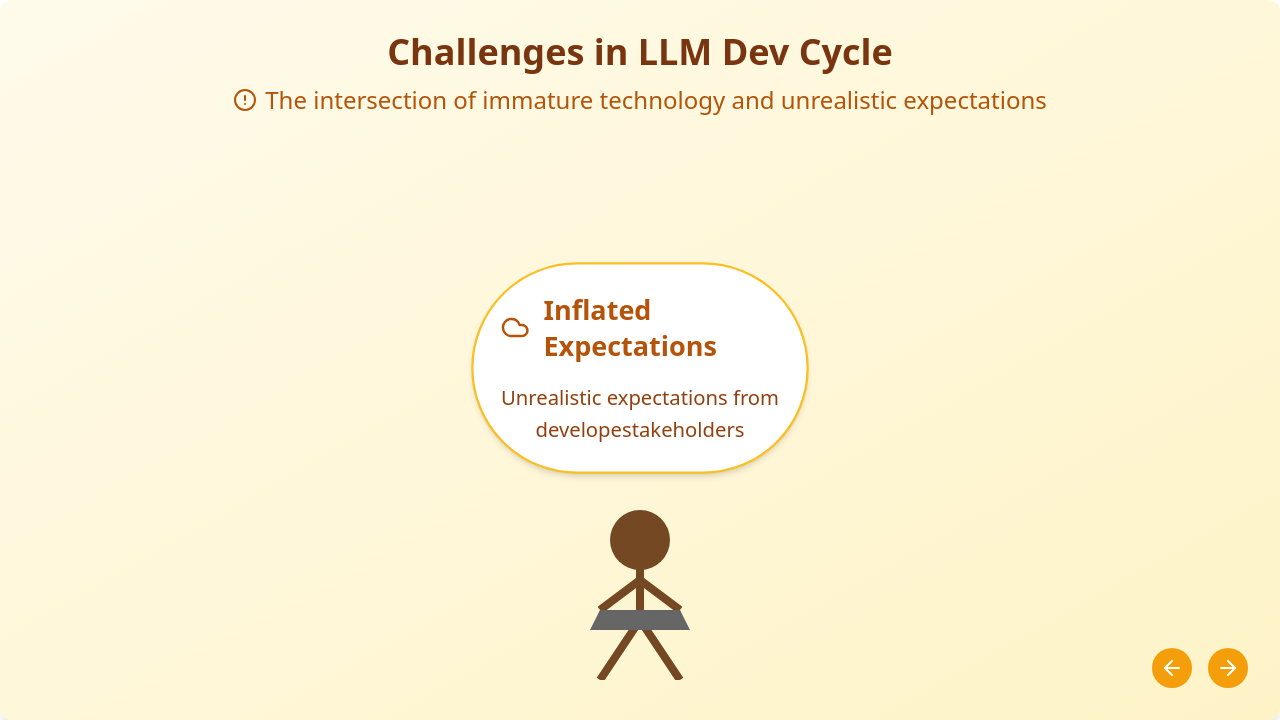
Repository: Galbaz1/dell_presentation
Page: /slide2
The author's editor kept a copy of each file at every save. The page is drawn from the files as they stood at one save, then again after a run of saves.
The browser window is 1280 px wide. The pictures show the whole page.
The project was rebuilt for these pictures with package versions that can differ from the ones it lists, and the page was loaded fresh each time. The framework's server and built-in components were replaced by stand-ins that run in the browser. Also part of the build but not shown: styles/animations/slide1.css, styles/animations/slide2.css.

Above is the page before, as saved 2024-11-13 12:56:34.

### pages/_app.tsx
import '../styles/globals.css'
import '../styles/animations/slide1.css'
import '../styles/animations/slide2.css'
import type { AppProps } from 'next/app'

function MyApp({ Component, pageProps }: AppProps) {
  return <Component {...pageProps} />
}

export default MyApp

### pages/slide2.tsx
import React, { useState, useEffect } from 'react';
import { ArrowRight, ArrowLeft, AlertCircle, Cloud } from 'lucide-react';
import Link from 'next/link';
import { motion, AnimatePresence } from 'framer-motion';
import { useRouter } from 'next/router';

const Slide2: React.FC = () => {
  const router = useRouter();

  const [animationPhase, setAnimationPhase] = useState<'falling' | 'hitting' | 'growing' | 'pulsing'>('falling');

  useEffect(() => {
    const sequence = async () => {
      await new Promise(resolve => setTimeout(resolve, 2000));
      setAnimationPhase('hitting');

      await new Promise(resolve => setTimeout(resolve, 1000));
      setAnimationPhase('growing');

      await new Promise(resolve => setTimeout(resolve, 15000));
      setAnimationPhase('pulsing');
    };

    sequence();
  }, []);

  useEffect(() => {
    const handleKeyDown = (event: KeyboardEvent) => {
      switch (event.key) {
        case 'ArrowLeft':
          router.push('/');
          break;
        case 'ArrowRight':
          router.push('/slide3');
          break;
      }
    };

    window.addEventListener('keydown', handleKeyDown);
    return () => window.removeEventListener('keydown', handleKeyDown);
  }, [router]);

  const blockVariants = {
    falling: {
      y: "-200vh",
      x: "-50%",
      transition: {
        y: {
          type: "tween",
          duration: 12,
          ease: "easeIn"
        }
      }
    },
    hitting: {
      y: "140%",
      x: "-50%",
      transition: {
        type: "spring",
        stiffness: 300,
        damping: 15
      }
    },
    growing: {
      y: "50%",
      x: "-50%",
      scale: [1, 1.2, 1.1, 1.4, 1.3, 1.6, 1.5, 1.8, 1.7, 2],
      transition: {
        y: { duration: 1, ease: "easeOut" },
        scale: {
          duration: 15,
          times: [0, 0.1, 0.2, 0.3, 0.4, 0.5, 0.6, 0.7, 0.8, 1],
          ease: "easeInOut"
        }
      }
    },
    pulsing: {
      y: "50%",
      x: "-50%",
      scale: [2, 2.1, 2],
      transition: {
        scale: {
          duration: 2,
          repeat: Infinity,
          ease: "easeInOut"
        }
      }
    }
  };

  const developerVariants = {
    standing: {
      x: "-50%",
      rotate: 0
    },
    fallen: {
      x: "100%",
      rotate: 90,
      transition: {
        type: "spring",
        stiffness: 60,
        damping: 20,
        restDelta: 0.001
      }
    }
  };

  return (
    <div className="bg-gradient-to-br from-amber-50 to-amber-100 p-8 rounded-xl shadow-lg min-h-screen overflow-hidden relative">
      {/* Header */}
      <div className="mb-16 text-center">
        <h1 className="text-4xl font-bold text-amber-900 mb-3">Challenges in LLM Dev Cycle</h1>
        <p className="text-2xl text-amber-700 flex items-center justify-center">
          <AlertCircle className="w-6 h-6 mr-2" />
          The intersection of immature technology and unrealistic expectations
        </p>
      </div>

      {/* Main Content Area */}
      <div className="max-w-5xl mx-auto relative h-[500px]">
        {/* Developer Figure */}
        <motion.div
          className="absolute bottom-0 left-1/2 -translate-x-1/2 origin-bottom z-10"
          variants={developerVariants}
          initial="standing"
          animate={animationPhase === 'hitting' ? 'fallen' : 'standing'}
        >
          <div className="relative w-[200px] h-[200px]">
            <svg viewBox="0 0 100 100" className="w-full h-full">
              <path
                d="M50 35 L50 70 L30 100 M50 70 L70 100 M50 50 L30 65 M50 50 L70 65"
                stroke="#734822"
                strokeWidth="4"
                fill="none"
              />
              <circle cx="50" cy="30" r="15" fill="#734822" />
              <path
                d="M30 65 L70 65 L75 75 L25 75 Z"
                fill="#666"
              />
            </svg>
          </div>
        </motion.div>

        {/* Falling Block - Changed to Circle */}
        <motion.div
          className="absolute left-1/2 -translate-x-1/2 top-0 w-[300px] z-20"
          variants={blockVariants}
          initial="falling"
          animate={animationPhase}
        >
          <div className="bg-white p-6 rounded-full shadow-md border-2 border-amber-400">
            <div className="flex items-center justify-center mb-4 text-amber-700">
              <Cloud className="w-8 h-8" />
              <h3 className="text-2xl font-semibold ml-3">Inflated Expectations</h3>
            </div>
            <p className="text-lg text-amber-800 text-center">
              Unrealistic expectations from developestakeholders
            </p>
          </div>
        </motion.div>
      </div>

      {/* Navigation */}
      <div className="absolute bottom-8 right-8 flex items-center space-x-4">
        <Link href="/" className="bg-amber-500 hover:bg-amber-600 text-white p-2 rounded-full transition-colors">
          <ArrowLeft className="w-6 h-6" />
        </Link>
        <Link href="/slide3" className="bg-amber-500 hover:bg-amber-600 text-white p-2 rounded-full transition-colors">
          <ArrowRight className="w-6 h-6" />
        </Link>
      </div>
    </div>
  );
};

export default Slide2;

### styles/globals.css
@tailwind base;
@tailwind components;
@tailwind utilities;

@keyframes fallAndBounce {
  0% {
    transform: translateY(-100%) translateX(-50%);
  }
  70% {
    transform: translateY(140%) translateX(-50%);
  }
  75% {
    transform: translateY(130%) translateX(-50%);
  }
  80% {
    transform: translateY(135%) translateX(-50%);
  }
  85% {
    transform: translateY(128%) translateX(-50%);
  }
  90% {
    transform: translateY(132%) translateX(-50%);
  }
  100% {
    transform: translateY(0%) translateX(-50%);
  }
}

@keyframes developerFall {
  0%, 69% {
    transform: translateX(-50%) rotate(0deg);
  }
  100% {
    transform: translateX(100%) rotate(90deg);
  }
}

@keyframes pulsate {
  0% {
    transform: translateY(0%) translateX(-50%) scale(1);
  }
  8% {
    transform: translateY(0%) translateX(-50%) scale(1.15);
  }
  10% {
    transform: translateY(0%) translateX(-50%) scale(1.1);
  }
  18% {
    transform: translateY(0%) translateX(-50%) scale(1.35);
  }
  20% {
    transform: translateY(0%) translateX(-50%) scale(1.3);
  }
  28% {
    transform: translateY(0%) translateX(-50%) scale(1.55);
  }
  30% {
    transform: translateY(0%) translateX(-50%) scale(1.5);
  }
  38% {
    transform: translateY(0%) translateX(-50%) scale(1.75);
  }
  40% {
    transform: translateY(0%) translateX(-50%) scale(1.7);
  }
  48% {
    transform: translateY(0%) translateX(-50%) scale(1.95);
  }
  50% {
    transform: translateY(0%) translateX(-50%) scale(1.9);
  }
  100% {
    transform: translateY(0%) translateX(-50%) scale(2);
  }
}

@keyframes explodePiece {
  0% {
    transform: translate(0, 0) rotate(0);
    opacity: 1;
  }
  100% {
    transform: translate(var(--tx), 1000px) rotate(var(--tr));
    opacity: 0;
  }
}

.animate-fall-bounce {
  animation:
    fallAndBounce 3s cubic-bezier(0.4, 0, 0.2, 1) forwards,
    pulsate 8s cubic-bezier(0.4, 0, 0.2, 1) 5s forwards;
}

.animate-developer-fall {
  animation: developerFall 1.2s cubic-bezier(0.4, 0, 0.2, 1) forwards;
  animation-delay: 2.1s;
}

.explosion-piece {
  position: absolute;
  animation: explodePiece 2s cubic-bezier(0.4, 0, 0.2, 1) forwards;
  animation-delay: 16s; /* 5s wait + 8s growth + 3s wait */
}

### tailwind.config.js
/** @type {import('tailwindcss').Config} */
module.exports = {
  content: [
    "./pages/**/*.{js,ts,jsx,tsx}",
    "./components/**/*.{js,ts,jsx,tsx}",
    "./styles/**/*.css",
  ],
  theme: {
    extend: {},
  },
  plugins: [],
}

After the next 2 saves:
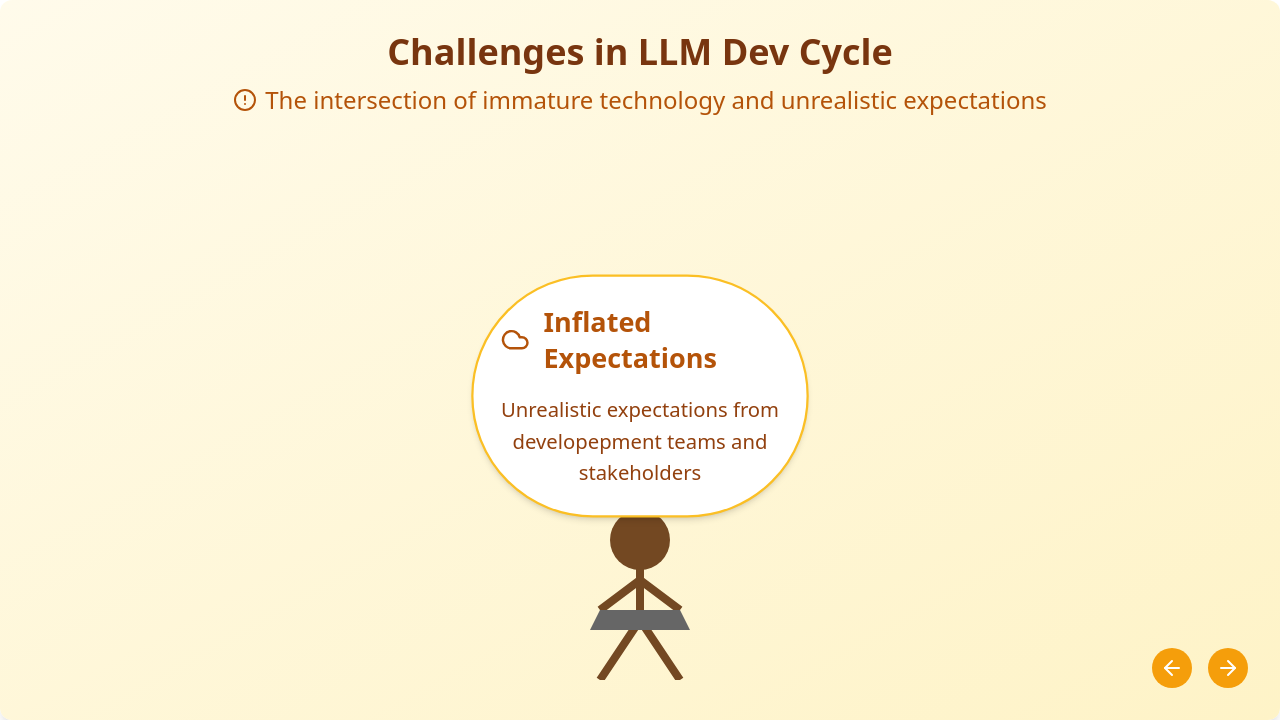
The 2 saves are shown as one change because they came seconds apart.
The last was saved 5 s later.
--- a/pages/slide2.tsx
+++ b/pages/slide2.tsx
@@ -155,7 +155,7 @@ const Slide2: React.FC = () => {
               <h3 className="text-2xl font-semibold ml-3">Inflated Expectations</h3>
             </div>
             <p className="text-lg text-amber-800 text-center">
-              Unrealistic expectations from developestakeholders
+              Unrealistic expectations from developepment teams and stakeholders
             </p>
           </div>
         </motion.div>
